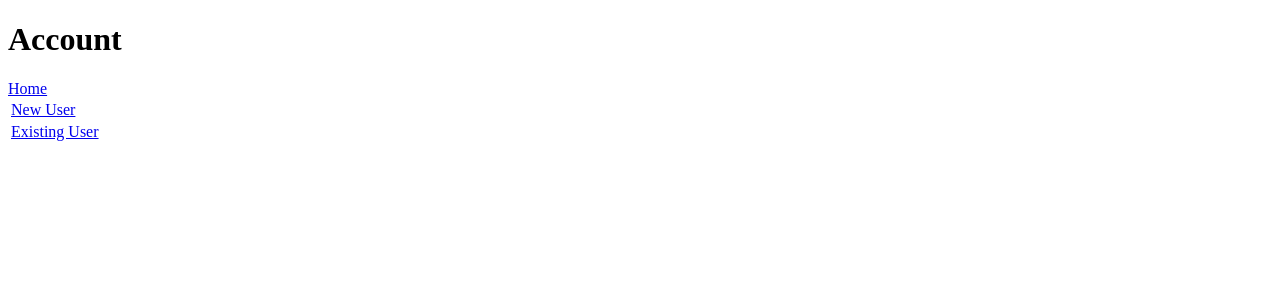
Repository: abigailCul/DistributedSystemsProject
Page: http://localhost/bookingClient/jsp/createbooking.jsp
An editor plug-in stored every save of this project. The page is shown before and after the next save, followed by the edit.
The browser window is 1280 px wide. The pictures show the whole page.
The page is served by Tomcat 9.

Above is the page before, as saved 2018-12-10 15:36:46.

After the next save:
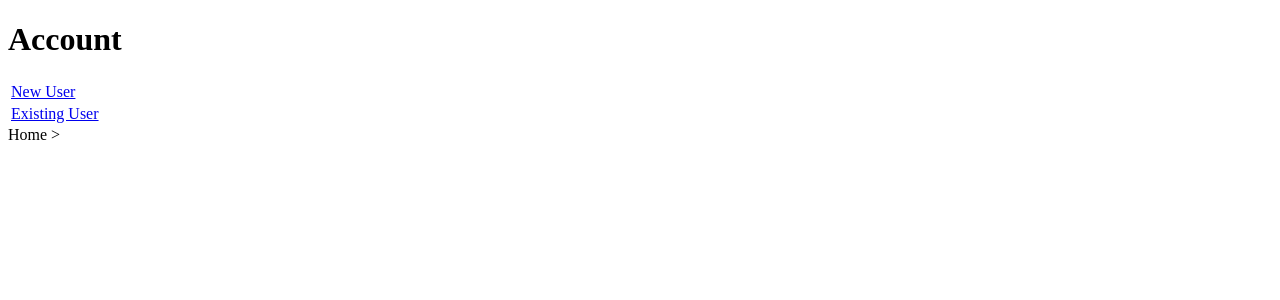
Saved 29 s later.
--- a/WorkingProject/bookingClient/src/main/webapp/jsp/createbooking.jsp
+++ b/WorkingProject/bookingClient/src/main/webapp/jsp/createbooking.jsp
@@ -17,8 +17,9 @@
 		</tr>
 
 			</tr>
+			</table
+		<a href="/">Home</a>
 
-		<a href="/">Home</a>
-		</table>
+	>
 </body>
 </html>
